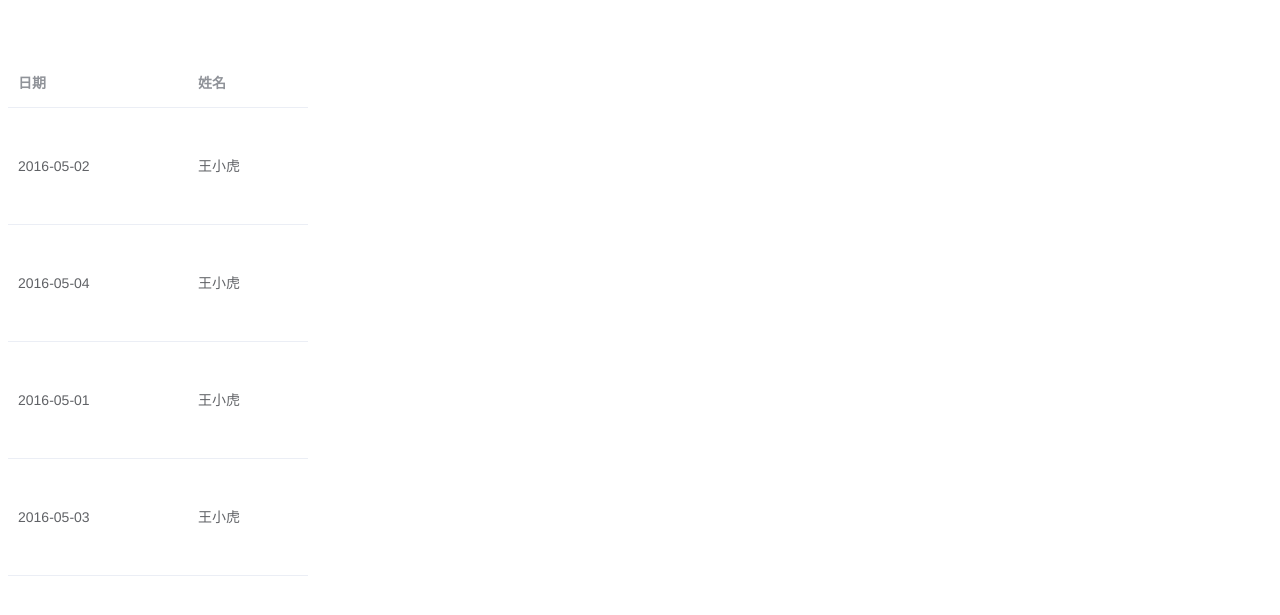
Repository: NicoleGX/TI
Page: /
An editor plug-in stored every save of this project. The page is shown before and after the next save, followed by the edit.
The browser window is 1280 px wide. The pictures show the whole page.
The project was rebuilt for these pictures with package versions that can differ from the ones it lists, and the page was loaded fresh each time.

Above is the page before, as saved 2019-05-28 17:57:48.

After the next save:
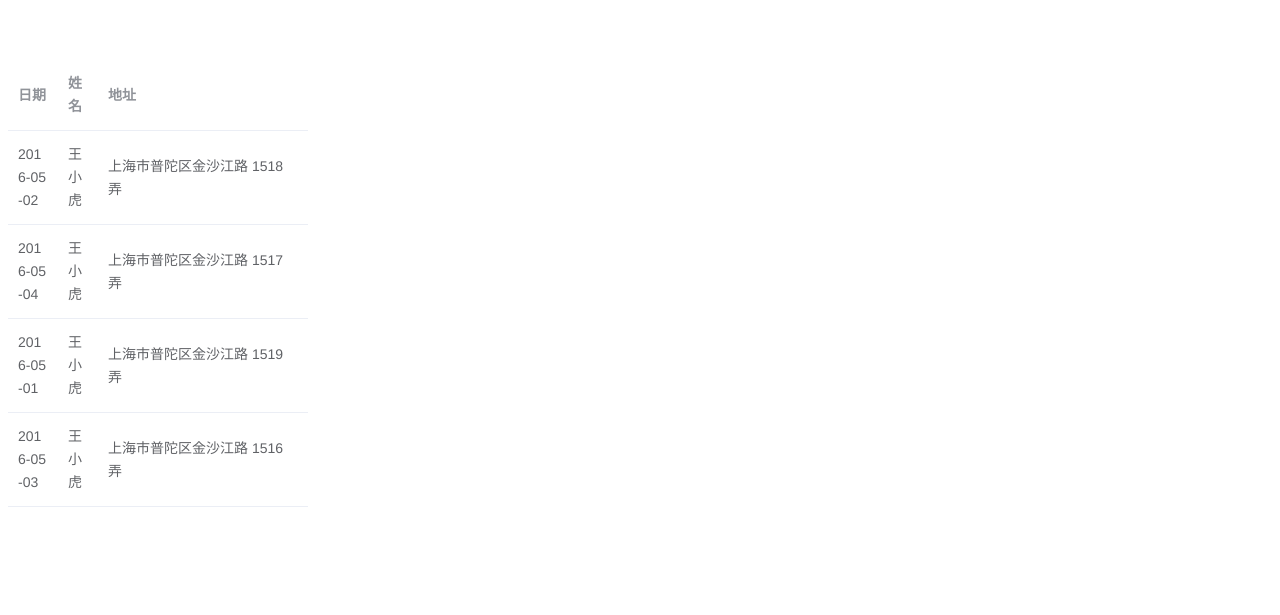
Saved 58 s later.
--- a/src/views/TextClassification.vue
+++ b/src/views/TextClassification.vue
@@ -1,24 +1,24 @@
 <template>
   <el-container>
     <el-aside>
-          <el-table
-      :data="tableData"
-      style="width: 100%">
-      <el-table-column
-        prop="date"
-        label="日期"
-        width="180">
-      </el-table-column>
-      <el-table-column
-        prop="name"
-        label="姓名"
-        width="180">
-      </el-table-column>
-      <el-table-column
-        prop="address"
-        label="地址">
-      </el-table-column>
-    </el-table>
+      <el-table
+        :data="tableData"
+        style="width: 100%">
+        <el-table-column
+          prop="date"
+          label="日期"
+          width="50%">
+        </el-table-column>
+        <el-table-column
+          prop="name"
+          label="姓名"
+          width="40%">
+        </el-table-column>
+        <el-table-column
+          prop="address"
+          label="地址">
+        </el-table-column>
+      </el-table>
       <!-- <el-table
         :data="tableData"
         style="width: 100%"
